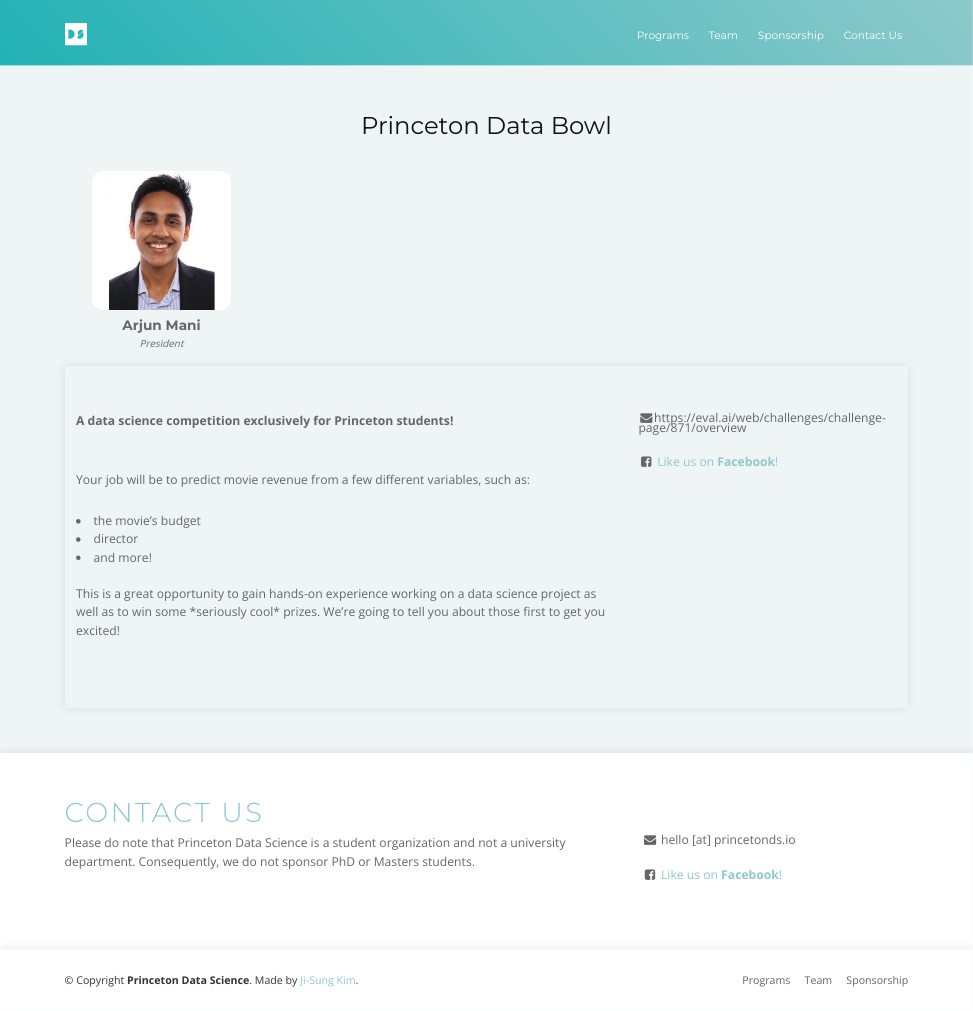
Repository: princetonds/princetonds.github.io
Page: team2.html
The author's editor kept a copy of each file at every save. The page is drawn from the files as they stood at one save, then again after the next save.
The browser window is 1280 px wide. The pictures show the whole page, at 76% of full size.

Above is the page before, as saved 2021-03-20 03:31:57.
Console error: TypeError: Cannot read properties of null (reading 'innerHTML')

After the next save:
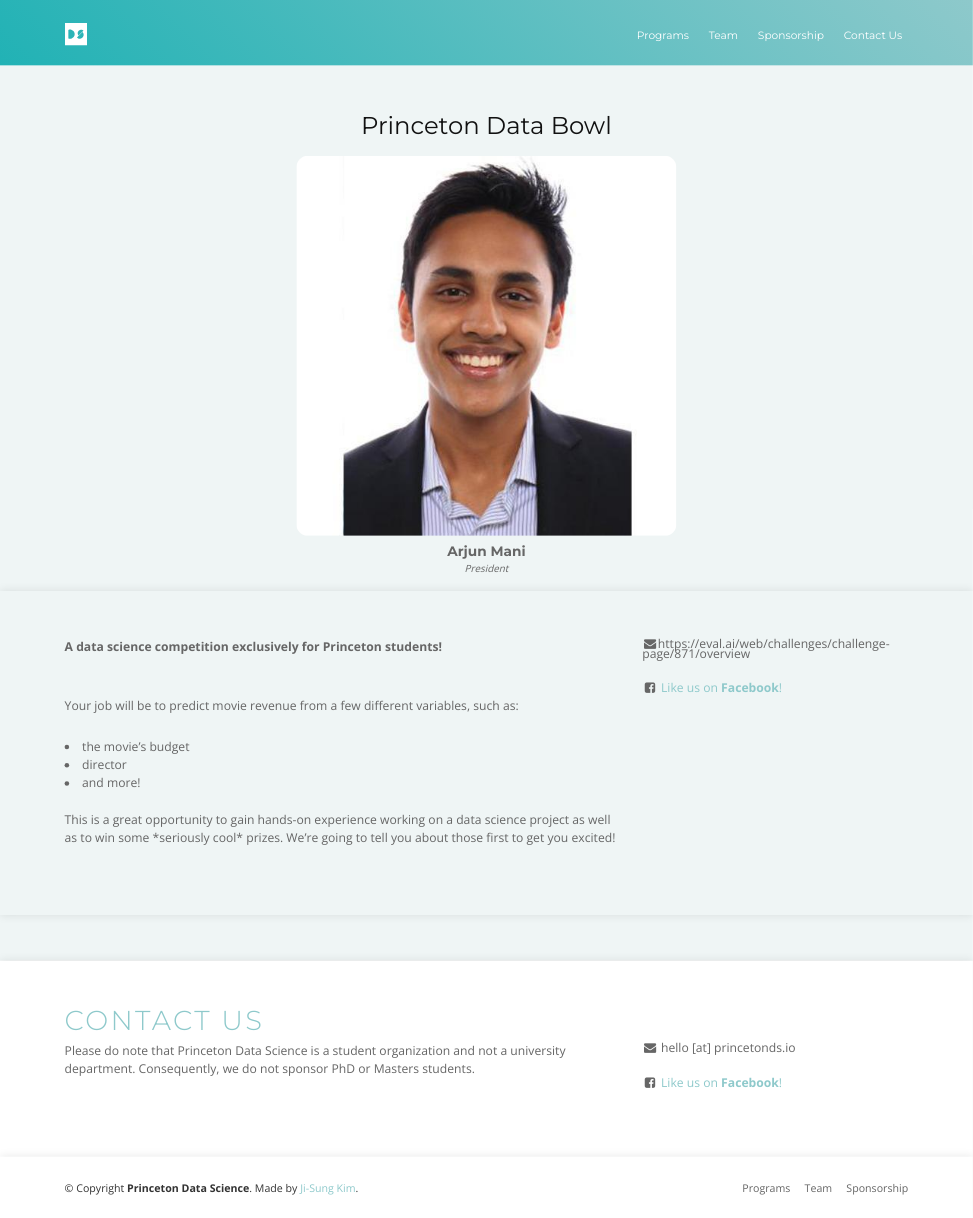
Saved 7 s later.
--- a/team2.html
+++ b/team2.html
@@ -90,8 +90,6 @@
       <div class="container">
         <div class="section-header">
           <h3 class="section-title">Princeton Data Bowl</h3>
-          <div class="row wow fadeInUp">
-            <div class="col-lg-3 col-md-3">
               <h2 style="text-align:center; color:black"></h2>
               <!-- <p style="text-align:center;">Enter team description here...</p> -->
               <div class="member2">
